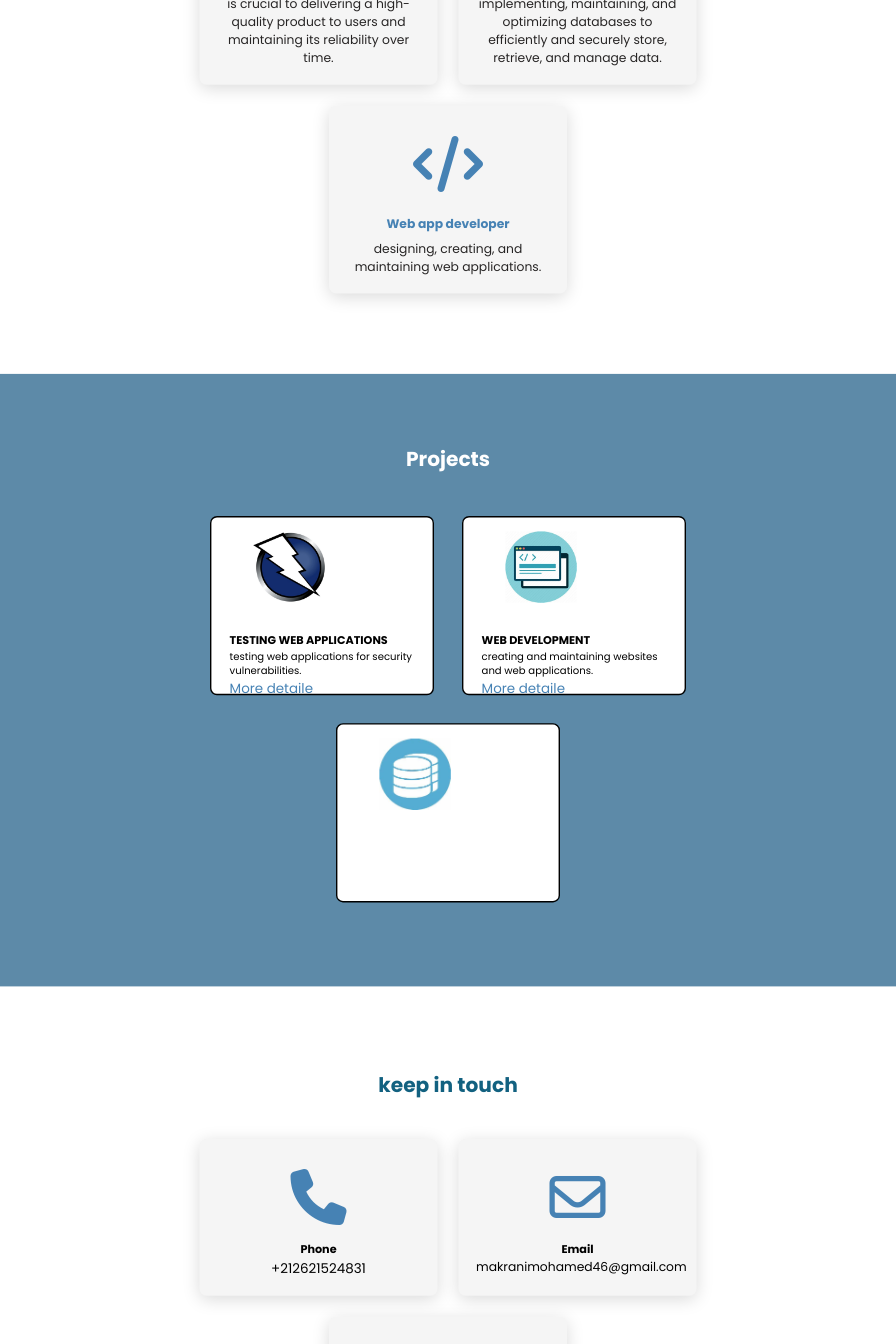
Repository: mohamed-makrani/Portfolio
Page: indixe.html
These files come from the project's save history. The page is drawn as it stood at one moment and after the next save; the edit follows.
The browser window is 1280 px wide. The pictures show the part of the page from y = 1143 to 3063 px (the page is 3436 px tall), at 70% of full size.
Backgrounds fixed to the window are drawn as part of the page.

Above is the page before, as saved 2023-09-18 17:48:03.

### indixe.html
<!DOCTYPE html>
<html lang="en">
<head>
    <meta charset="UTF-8">
    <meta name="descreption" content="makrani-mohamed/portfilio"/>
    <title>Mohamed-makrani</title>
    <link rel="stylesheet" href="https://cdnjs.cloudflare.com/ajax/libs/font-awesome/6.4.2/css/all.min.css"/>
    <link  rel="stylesheet" href="style.css" />
</head>
<body>
    <header>
        <a class="logo" href="#logo" >Mohamed-makrani</a>
        <nav class="navigation">
            <a href="#services" >services</a>
            <a href="#projects" > projects</a>
            <a href="#contact"> contact </a>

        </nav>
    </header>
    <section class="main" id="logo">
        <div>
            <h6>Hello, I'm mohamed </h6>
            <h1>Web developer</h1>
            <h4>Width defines web's rhythm</h4>
        <a href="#projects" class="main-button">view my work</a>
        <div class="social-media">
            <a href="#" ><i class="fa-brands fa-github"></i></a>
            <a href="https://www.linkedin.com/in/mohamed-makrani-b9bb0028b/" target="_blank"><i class="fa-brands fa-linkedin"></i></a>
            <a href="#"><i class="fa-brands fa-instagram"></i></a>
            <a href="#"><i class="fa-brands fa-facebook"></i></a>
        </div>
        </div>
    </section>

    <section class="cards" id="services" >
        <h2 class="title">Services</h2>
        <div class="content" >
            <div class="card">
                <div class="icon"><i class="fa-solid fa-shield-halved"></i></div>
                <div class="info">
                    <h2>Web app testing</h2>
                    <p>Effective web application testing is crucial to delivering a high-quality product to users and maintaining its reliability over time.</p>
                </div>
            </div>
            <div class="card">
                <div class="icon"><i class="fa-solid fa-database"></i></div>
                <div class="info">
                    <h2>Database management</h2>
                    <p>the process of designing, implementing, maintaining, and optimizing databases to efficiently and securely store, retrieve, and manage data.</p>
                </div>
            </div>
            <div class="card">
                <div class="icon"><i class="fa-solid fa-code"></i></div>
                <div class="info">
                    <h2>Web app developer</h2>
                    <p> designing, creating, and maintaining web applications.</p>
                </div>

            </div>

        </div>
    </section>
        <section class="Projects" id="projects">
            <h2 class="projec-title">Projects</h2>
            <div class="project-content">
                <div class="project-card">
                    <div class="image">
                        <img src="oo.jpg"/>
                    </div>
                    <div class="project-info">
                        <strong class="project-title"><span>Testing web applications</span>

                        </strong>
                        <p> testing web applications for security vulnerabilities. </p>
                        <a href="" class="detaile" >More detaile</a>
                    </div>
                </div>
                <div class="project-card">
                    <div class="image">
                        <img src="dev1.jpg">

                    </div>
                    <div class="project-info">

                        <strong class="project-title"><span>Web development</span></strong>
                        <p>creating and maintaining websites and web applications.</p>
                        <a href="" class="detaile">More detaile</a>

                    </div>

                </div>
                <div class="project-card">
                    <div class="image">
                        <img src="database.jpg">
                    </div>
                    <div class="project-info">
                        <strong class="projec-title"><span>Database management</span></strong>
                        <p>designing, implementing, maintaining, and optimizing databases.</p>
                        <a href="" class="detaile">More detaile</a>

                    </div>






                </div>

            </div>

        </section>

        <section class="contact-me" id="contact">
            <h2 class="work-contact">keep in touch</h2>
            <div class="contact-content">
                <div class="contact-card">
                    <div class="contact-icon"><i class="fa-solid fa-phone"></i></div>
                    <div class="contact-info">
                        <h4>Phone</h4>
                        <P class="Ph">+212621524831</P>
                    </div>
                </div>
                <div class="contact-card">
                    <div class="contact-icon"><i class="fa-regular fa-envelope"></i></div>
                    <div class="contact-info">
                        <h4>Email</h4>
                        <p class="em">makranimohamed46@gmail.com</p>

                    </div>


            </div>
            <div class="contact-card">
                <div class="contact-icon"><i class="fa-brands fa-skype"></i></i></div>
                <div class="contact-info">
                    <h4>Skype</h4>
                    <p class="xd">makrani-mohamed</p>

                </div>


        </div>
            </div>





        </section>
        <footer class="footer">
            <p class="footer-title" >Copyrights ©<span> <a  class="sa" href="#">Mohamed Makrani</a> </span></p>
            <div class="social-media">
                <a href="#" ><i class="fa-brands fa-github"></i></a>
                <a href="https://www.linkedin.com/in/mohamed-makrani-b9bb0028b/" target="_blank"><i class="fa-brands fa-linkedin"></i></a>
                <a href="#"><i class="fa-brands fa-instagram"></i></a>
                <a href="#"><i class="fa-brands fa-facebook"></i></a>
            </div>

        </footer>








</body>
</html>

### style.css
@import url('https://fonts.googleapis.com/css2?family=Poppins:ital,wght@0,200;0,300;0,400;0,500;0,600;0,700;0,800;0,900;1,100;1,200;1,300;1,400;1,500;1,600;1,700;1,800;1,900&display=swap');

*{

    font-family: 'Poppins', sans-serif;
    margin: 0;
    padding: 0;
    box-sizing: border-box;
    /* scroll-behavior: smooth; */
}
 header{

    background-color: #f5f5f5;
    width: 100%;
    position: fixed;
    display: flex;
    z-index: 999;
    justify-content: space-between;
    align-items: center;
    padding: 10px 200px;

 }
 .logo {
    /* default is 16 px */

    text-decoration: none;
    font-size: 16px;
    color: #126180;
    text-transform: uppercase;
    font-weight: 700;
 }
 .navigation a{
    color: #126180;
    font-size: 15px;
    font-weight: 600px;
    text-decoration: none;
    padding-left:  30px;

 }
.navigation a:hover {

color: rgb(83, 15, 146);
}
 section {

   padding: 100px 150px;
 }
 .main{

   width: 100%;
   min-height: 100vh;
   display: flex;
   align-items: center;
   background:url(backround.jpg) no-repeat;
   background-size: cover;
   background-position:center ;
   background-attachment: fixed;

 }
 .main h6 {

   color: white;
   font-weight:500px ;
   font-size: 0.9em;


 }

 .main h1 {

   color:#5d8aa8 ;
   font-size: 2.4em;
   font-weight: 500px;
   margin-top: 6px;
 }
 .main h4 {

   color: white;
   font-size: 1em;
   font-weight: 500px;
   margin-top: 6px;
   margin-bottom: 20px;
   letter-spacing:1px;
 }
.main-button {

color : white;
text-decoration: none;
background-color: #92a1cf;
letter-spacing : 1px;
font-size: 1em;
font-weight: 600px;
display: inline-block;
padding: 0.935em 2.187em;
border-radius: 12px;
margin-bottom: 20px;
transition: 0.7s ease;

}
.main-button :hover{
   background-color:#545aa7;
   transform: scale(1.1);
}
.social-media a{

   color: white;
   font-size: 22px;
   padding-left: 18px;

}

.title {

   display: flex;
   justify-content: center;
   color:#126180;
   font-size:1.8em ;
   font-weight: 700px;
   margin-bottom: 40px;
}
.content{
   display: flex;
   justify-content: center;
   flex-direction: row;
   flex-wrap: wrap;
}
.card {
   background-color:#f5f5f5;
   width:21.25em;
   box-shadow: 0 5px 25px rgba(1 1 1 /15%);
    border-radius: 10px;
    padding: 25px;
    margin: 15px;
    transition: 0.4s ease;
}
.card:hover {
   transform: scale(1.1);
}
.icon {
   color: #4682b4;
   text-align: center;
   font-size: 5em;
}
.info h2 {

   color:#4682b4 ;
   text-align: center;
   font-size:1.1em;
   font-weight: 700px;
   margin:10px ;

}
.info p {

   text-align: center;
   font-size:1.1em ;
   font-weight:500px ;
   color :rgb(39, 37, 37);


}
.Projects{
   background-color: #5d8aa8;
}
.projec-title{

   display: flex;
   justify-content: center;
   color: white;
   font-size:1.8em ;
   font-weight:700 ;
   margin-bottom: 40px;

}
.project-content{

   display: flex;
   justify-content: center;
   flex-direction: row;
   flex-wrap: wrap;
}

 .projects.project-content{
   margin-top: 30px;
 }
.project-card{

   background-color: white;
   border: 2px solid black;
   padding: 10px;
   width: 20em;
   overflow: hidden;
   border-radius: 10px;
   margin: 20px;
   transition: 0.5s ease;
   height: 16em;
}

.project-card:hover{
   transform: scale(1.1);
}
.card:hover .image{
opacity: 0.9;

}
.image img {

  max-width:163px;
   padding: 10px 11px 8px 50px;
   justify-content: centre;
}
.project-info{
   padding: 1em;
}
.project-info p{
   font-size: 0.9em;
   color: black;

}
.project-info strong{
   margin-top: 10px;
   font-weight: 800px;
   display: flex;
   justify-content: space-between;
   text-transform: uppercase;

}
.detaile {
   padding-top: 20px;
   text-decoration:none;
   font-size: 1.2em;
   font-weight: 800px;
   color:#4682b4;
   justify-content: center;
   text-align: center;

}

.contact-me{
   margin-top :20px;
}
.work-contact{
   color: #126180;
    display: flex;
   justify-content: center;
   font-size:1.8em ;
   font-weight: 700px;
   margin-bottom: 40px;

}
.contact-content{
   display: flex;
   flex-direction: row;
   flex-wrap: wrap;
   justify-content: center;
}
.contact-card{
   background-color:#f5f5f5;
   width:21.25em;
   box-shadow: 0 5px 25px rgba(1 1 1 /15%);
    border-radius: 10px;
    padding: 25px;
    margin: 15px;
    justify-content:center;
    align-items:center;
    transition: 0.4s ease;
}
.contact-card:hover{
    transform: scale(1.1);
}
.contact-icon{
   color: #4682b4;
   text-align: center;
   font-size: 5em;
}
.contact-info h4{
  text-align: center;
}
.Ph{
   text-align: center;
   font-size: 1.2em;
}
.xd{
   text-align: center;
   font-size: 1.2em;
}
.em{
   font-size: 1.1em;
}
.contacte-me.icon{
   font-size: 4.5em;
}
.footer{
   background-color: #126180;
   color: white;
   padding: 20px;
   display: flex;
   justify-content:space-between;
}
.footer-title{
   font-size: 1.2em;
   font-weight: 80px;
}
.sa{
   text-decoration: none;
   color:#c2b3ee ;
   font-size:1.2;
   font-weight:80px;
}
.footer-title span{
   color:#b7cddd;
   font-weight: 500;
}
.footer.social-media a{
   font-size: 1.3em;
}

After the next save:
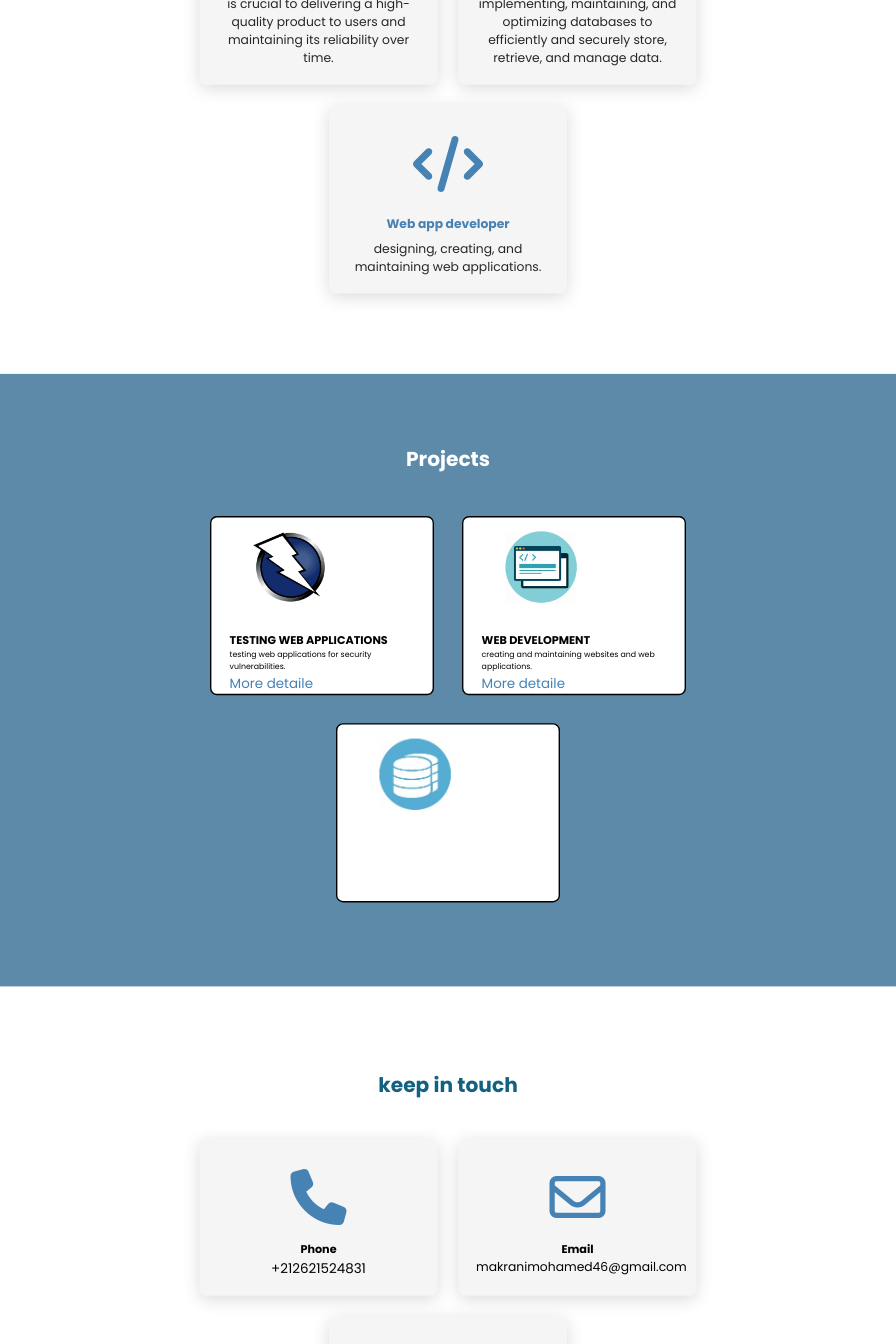
Saved 67 s later.
--- a/style.css
+++ b/style.css
@@ -314,3 +314,31 @@ opacity: 0.9;
 .footer.social-media a{
    font-size: 1.3em;
 }
+
+
+.project-info{
+   padding: 1em;
+}
+.project-info p{
+   font-size: 0.7em;
+   color: black;
+
+}
+.project-info strong{
+   margin-top: 10px;
+   font-weight: 800px;
+   display: flex;
+   justify-content: space-between;
+   text-transform: uppercase;
+
+}
+.detaile {
+   padding-top: 20px;
+   text-decoration:none;
+   font-size: 1.2em;
+   font-weight: 800px;
+   color:#4682b4;
+   justify-content: center;
+   text-align: center;
+
+}

After the 2 saves that followed:
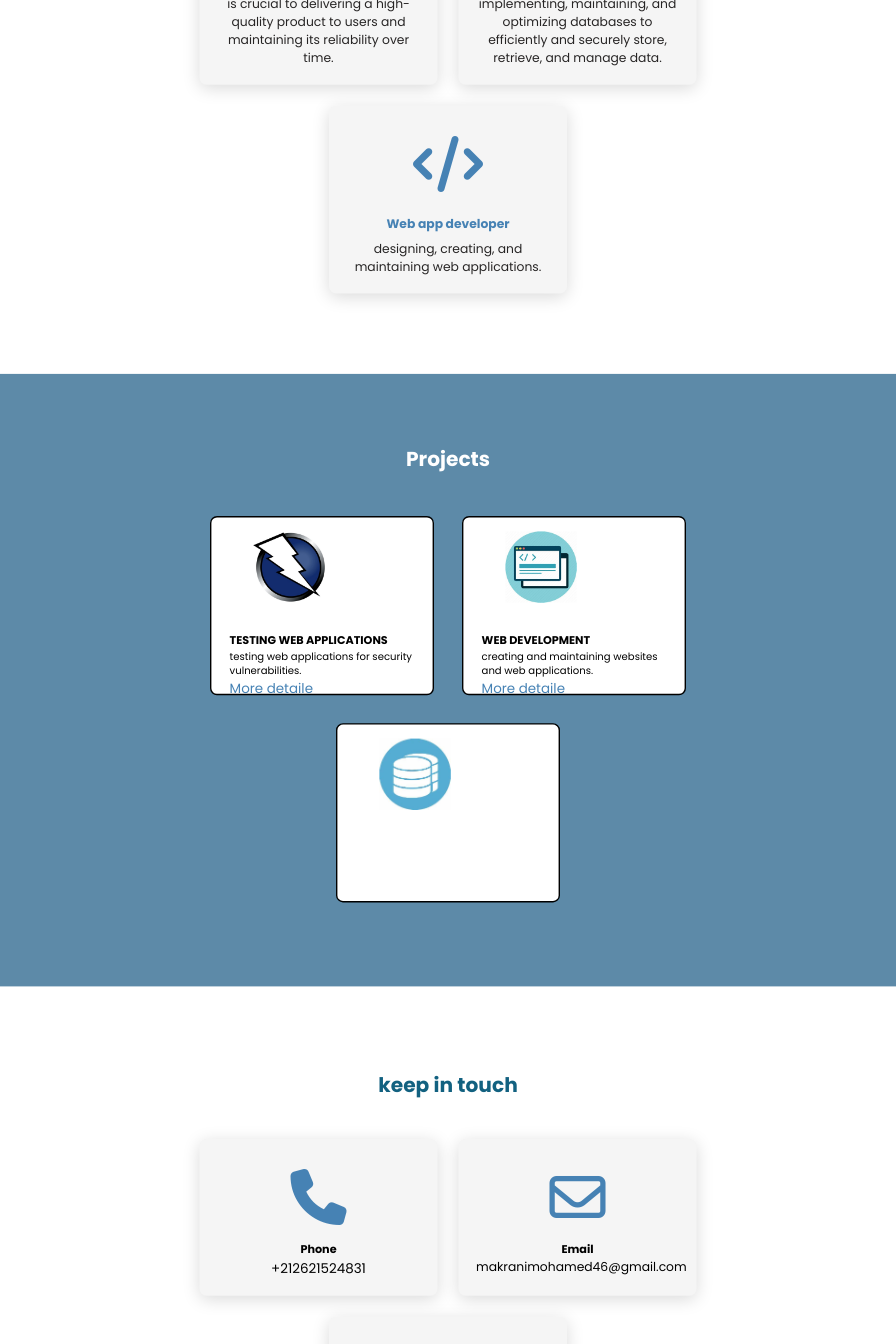
The 2 saves are shown as one change because 1 left the picture as it was.
The last was saved 2 min 11 s later.
--- a/style.css
+++ b/style.css
@@ -316,15 +316,15 @@ opacity: 0.9;
 }
 
 
-.project-info{
+.project-info1{
    padding: 1em;
 }
-.project-info p{
+.project-info1 p{
    font-size: 0.7em;
    color: black;
 
 }
-.project-info strong{
+.project-info1 strong{
    margin-top: 10px;
    font-weight: 800px;
    display: flex;
